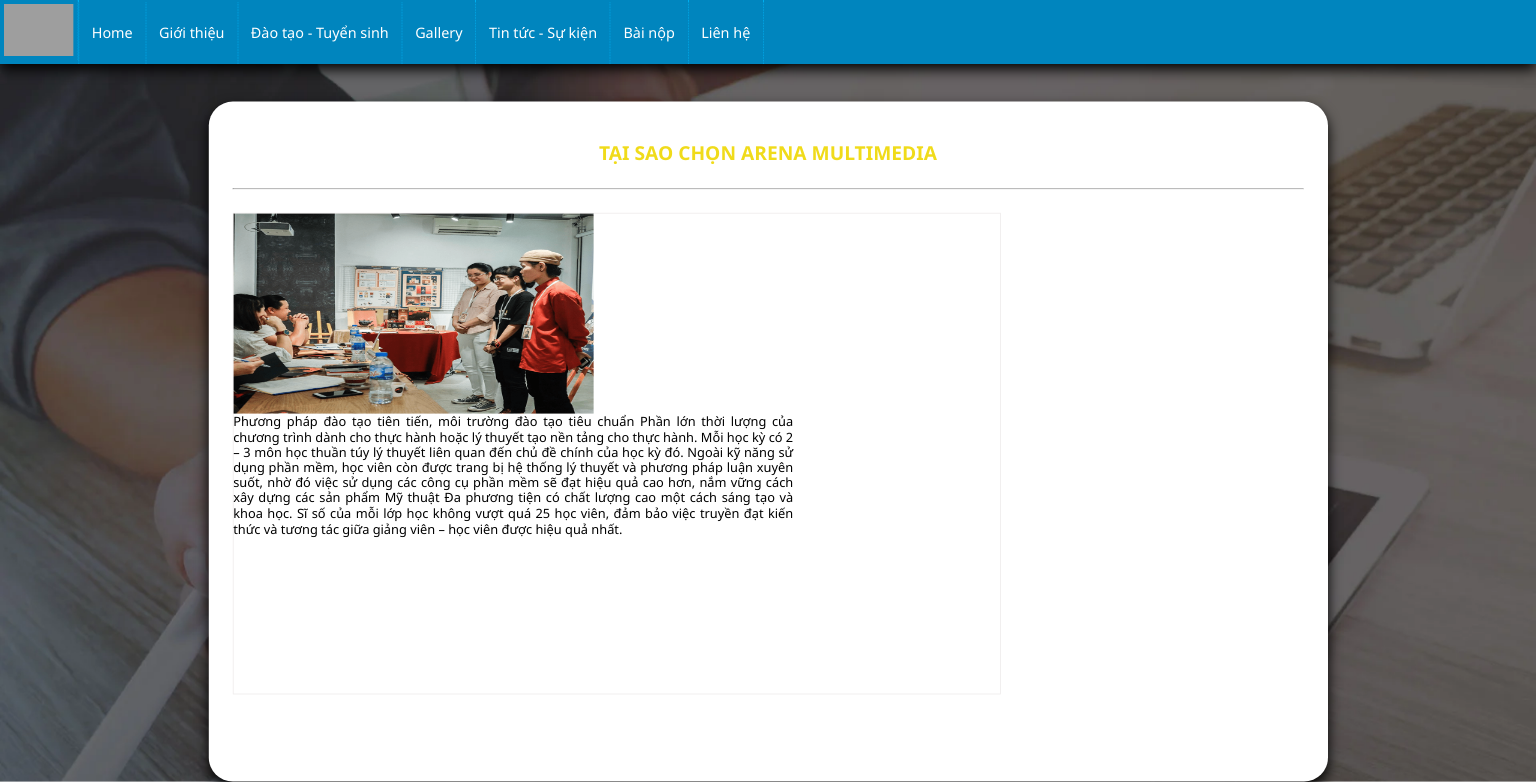
Repository: arena-dttan/dcw-final-exam-d2107m1
Page: final-list/DCW_Final_5_Nguyen-Thi-Thu-Huong_D2107M1/gioi-thieu.html
The author's editor kept a copy of each file at every save. The page is drawn from the files as they stood at one save, then again after the next save.
The browser window is 1280 px wide. The page is 1920 px wide, so the pictures cover 1920 px, including what lies to the right of the window. The pictures show the whole page, at 80% of full size.
Pictures or frames that could not be fetched are drawn as grey boxes.

Above is the page before, as saved 2022-06-26 15:16:20.

### final-list/DCW_Final_5_Nguyen-Thi-Thu-Huong_D2107M1/gioi-thieu.html
<!DOCTYPE html>
<html>
<head>
    <meta charset="UTF-8">
    <link rel="stylesheet" href="index.css">
    <link rel="icon" href="./images/favicon.ico" />

</head>
<head>
    <!-- Các meta (siêu dữ liệu) -->
    <meta http-equiv="Content-Type" content="text/html; charset=utf-8" />

    <!-- Tiêu đề hiển thị trên thanh địa chỉ trình duyệt -->
    <title>Arena Mutimedia</title>

    <!-- icon trên thanh địa chỉ trình duyệt -->
    <link rel="icon" href="./images/favicon.ico" />

    <!-- Sử dụng font google -->
    <link rel="preconnect" href="https://fonts.googleapis.com">
    <link rel="preconnect" href="https://fonts.gstatic.com" crossorigin>
    <link href="https://fonts.googleapis.com/css2?family=Roboto:wght@100&display=swap" rel="stylesheet">

    <!-- external css -->
    <link rel="stylesheet" href="./css/style.css">
    <link rel="stylesheet" href="./css/menu.css">
    <link rel="stylesheet" href="./index.css">
</head>
<body id="container">
    <div id="main-menu">
        <ul class="menu">
            <li ><img style="height: 65px; margin: 5px;;" src="images/logo.webp" alt="logo"> </li>
            <li class="home">
            <a href="./index.html"> Home</a>
            </li>
            <li>
            <a href="./gioi-thieu.html"> Giới thiệu</a>
            </li>
            <li class="dropdown">
            <a class="dropdown-btn"> Đào tạo - Tuyển sinh</a>
            <div class="dropdown-content">
                <a href="./chuong-trinh-dao-tao.html">Đào tạo</a>
                <a href="./tuyen-sinh.html">Tuyển sinh</a>
            </div>
            <li>
                <a href="./gallery.html"> Gallery</a>
            </li>
            <li>
                <a href="./tin-tuc.html"> Tin tức - Sự kiện</a>
            </li>
            <li>
                <a href="./final-exam-list.html">Bài nộp</a>
            </li>

            <li>
                <a href="#">Liên hệ</a>
            </li>
            </li>
        </ul>
        <!-- id main content -->
         <div id="main-content">
            <div id="box-container">
                <div class="content">
                    <h2 style="color:rgb(240, 219, 26);">TẠI SAO CHỌN ARENA MULTIMEDIA</h2>
                    <br>
                    <hr>
                    <br>
                    <div class="img-test">
                        <img src="./images/gioi-thieu-1.png" alt="gioi-thieu-1">
                        <P>
                        Phương pháp đào tạo tiên tiến, môi trường đào tạo tiêu chuẩn
                        Phần lớn thời lượng của chương trình dành cho thực hành hoặc lý thuyết
                        tạo nền tảng cho thực hành. Mỗi học kỳ có 2 – 3 môn học thuần túy lý thuyết
                        liên quan đến chủ đề chính của học kỳ đó. Ngoài kỹ năng sử dụng phần
                        mềm, học viên còn được trang bị hệ thống lý thuyết và phương pháp luận
                        xuyên suốt, nhờ đó việc sử dụng các công cụ phần mềm sẽ đạt hiệu quả cao
                        hơn, nắm vững cách xây dựng các sản phẩm Mỹ thuật Đa phương tiện có
                        chất lượng cao một cách sáng tạo và khoa học.
                        Sĩ số của mỗi lớp học không vượt quá 25 học viên, đảm bảo việc truyền đạt
                        kiến thức và tương tác giữa giảng viên – học viên được hiệu quả nhất.</P></div>
                </div>
            </div>

        </div>
    </div>
</body>
</html>

### final-list/DCW_Final_5_Nguyen-Thi-Thu-Huong_D2107M1/index.css
/* Sử dụng cho định dạng main menu */
body, html {
    height: 100%;
    width: 1920px;
    background-image: url('images/head-bg.webp'); width: 1920px; height: 100%; background-repeat: no-repeat;
    font-family: 'Segoe UI';
}
* {
    margin: 0;
    padding: 0;
    box-sizing: border-box;
}
body {
    position: absolute;
}
#container {
    width: 1920px;
    height: 100%;
    justify-content: center;
    display: inline-block;
    margin: 0;
    padding: 0;
    display: inline-block;
}
#main-menu {
    max-width: 1920px;
    height: 100px;
    margin: 0;
    padding: 0;
}
.menu {
    height: 80px;
    line-height: 80px;
    text-align: center;
    justify-content: center;
    display: inline-block;
}
ul {
    list-style-type: none;
    overflow: hidden;
    background-color: #0085be;
    width: 100%;
    box-shadow: 0 8px 16px 0 rgba(0, 0, 0, 2);
    display: inline-block;
}
.home {
    border-left: 0.01em dotted #00aeef;
}
li {
    float: left;
    border-right: 0.01em dotted #00aeef;
    font-size: 18px;
}

li.dropdown {
    display: inline-block;
    min-width: 100px;
}

li a:hover,
.dropdown:hover {
    background: #00aeef;
}

li a,
.dropdown-btn {
    display: inline-block;
    color: white;
    text-align: center;
    padding: 0 16px;
    text-decoration: none;
}
.dropdown-content {
    display: none;
    position: absolute;
    background: #F8C800;
    background: #0085be;
    min-width: 200px;
    border-bottom: 0.01em dotted #00aeef;
    box-shadow: 0 8px 16px 0 rgba(0, 0, 0, 2);
    z-index: 1;
    top: 80px;
    transition: all .3s ease-in-out;
}
.dropdown-content a {
    color: white;
    padding: 10px 16px;
    text-decoration: none;
    display: block;
    text-align: center;
    line-height: 2;
}
.dropdown-content a:hover {
    background: #00aeef;
}
.dropdown:hover .dropdown-content {
    display: block;
}

.text {
    margin-left: 40px;
    padding-top: 150px;
}
.button {

    font-size: 18px;
    width: 150px;
    height: 50px;
    background: #F8C800;
    border-radius: 40px;
    color: white;
    margin-top: 10px;
    margin-left: 70px;
}
#main-content {
    width: 1920px;
    height: 100%;
    margin: 0;
    padding: 0;
    display: inline-block;
    align-items: center;
    justify-content: center;

}
#box-container {
    background-color: rgb(255, 255, 255);
    box-shadow: 0 8px 16px 0 rgba(0, 0, 0, 2);
    margin-top: 43px;
    background-color: rgb(255, 255, 255);
    box-shadow: 0 8px 16px 0 rgb(0 0 0);
    width: 1399px;
    height: 850px;
    border-radius: 55px;
    margin-left: auto;
    margin-right: auto;
    border-radius: 30px;

}
.content {
    margin: 30px;
    padding-top: 50px;
}
h2 {
    text-align: center;
}
.img-test {
    float: left;
    display: inline-block;
    width: 960px;
    border: 1px solid rgb(238, 235, 235);
}
p {
    width: 700px;
    height: 350px;
    text-align: justify;
}

### final-list/DCW_Final_5_Nguyen-Thi-Thu-Huong_D2107M1/css/style.css
html {
    box-sizing: border-box;
    width: 100%;
    height: 100%;
}

body {
    width: 100%;
    height: 100%;
    background: url("../images/head-bg.webp");
    font-size: 16px;
    font-family: 'Segoe UI', Tahoma, Geneva, Verdana, sans-serif;
    line-height: 1.2;
}

* {
    margin: 0;
    padding: 0;
}

*,
*:before,
*:after {
    box-sizing: border-box;
}

input,
textarea,
select,
button {
    outline: none;
}

input {
    line-height: normal;
}

label,
button {
    cursor: pointer;
}

a {
    text-decoration: none;
}

img {
    display: block;
    max-width: 100%;
}

#container {
    width: 100%;
    height: 100%;
    text-align: center;
}

#logo {
    float: left;
}

#logo img {
    width: 130px;
    padding: 10px;
}

#header {
    background: #0085be;
    box-shadow: 0 8px 16px 0 rgba(0, 0, 0, 2);
}

#banner img {
    height: 500px;
    width: 100%;
}

#content-index {
    margin: 100px 10px 10px 50px;
}

.btn {
    width: 150px;
    height: 40px;
    line-height: 40px;
    background: #F8C800;
    display: block;
    text-align: center;
    text-transform: uppercase;
    font-weight: bold;
    border-radius: 2em;
    -webkit-border-radius: 2em;
    -moz-border-radius: 2em;
    -ms-border-radius: 2em;
    -o-border-radius: 2em;
    margin: 20px 50px;
}

.btn a {
    color: white;
}

#main-content {
    background: none;
    min-height: 400px;
    margin: 40px;
}

#main-page {
    background: white;
    color: black;
    border: 1px solid blue;
    border-radius: 3em;
    width: 80%;
    min-height: 400px;
    padding: 20px;
    display: inline-block;
    box-sizing: border-box;
    margin-bottom: 40px;
}

.content img {
    width: 450px;
    height: 250px;
}

.text-uppercase {
    text-transform: uppercase;
}

.main-title {
    color: #F8C800;
    font-size: 30px;
    font-weight: 700 !important;
    margin: 30px 0;
}

.normal-list {
    list-style-type: disc;
    margin: 10px;
    padding: 10px;
    overflow: visible;
    background: none;
}

.normal-list li {
    clear: both;
}

h4 {
    text-align: left;
    font-size: 20px;
}

h3 {
    padding-bottom: 20px;
}

hr {
    margin: 10px 0;
}

p {
    text-align: justify;
}

### final-list/DCW_Final_5_Nguyen-Thi-Thu-Huong_D2107M1/css/menu.css
/* Sử dụng cho định dạng main menu */

.menu {
    height: 80px;
    line-height: 80px;
}

.home {
    border-left: 0.01em dotted #00aeef;
}

ul {
    list-style-type: none;
    margin: 0;
    padding: 0;
    overflow: hidden;
    /* background: #F8C800; */
    background: #0085be;
    /* box-shadow: 0 8px 16px 0 rgba(0, 0, 0, 2); */
}

li {
    float: left;
    border-right: 0.01em dotted #00aeef;
    font-size: 18px;
}

li.dropdown {
    display: inline-block;
    min-width: 100px;
}

li a:hover,
.dropdown:hover {
    background: #00aeef;
}

li a,
.dropdown-btn {
    display: inline-block;
    color: white;
    text-align: center;
    padding: 0 16px;
    text-decoration: none;
}

.dropdown-content {
    display: none;
    position: absolute;
    /*background: #F8C800;
    */
    background: #0085be;
    min-width: 200px;
    border-bottom: 0.01em dotted #00aeef;
    box-shadow: 0 8px 16px 0 rgba(0, 0, 0, 2);
    z-index: 1;
    top: 80px;
    transition: all .3s ease-in-out;
}

.dropdown-content a {
    color: white;
    padding: 10px 16px;
    text-decoration: none;
    display: block;
    text-align: center;
    line-height: 2;
}

.dropdown-content a:hover {
    background: #00aeef;
}

.dropdown:hover .dropdown-content {
    display: block;
}

After the next save:
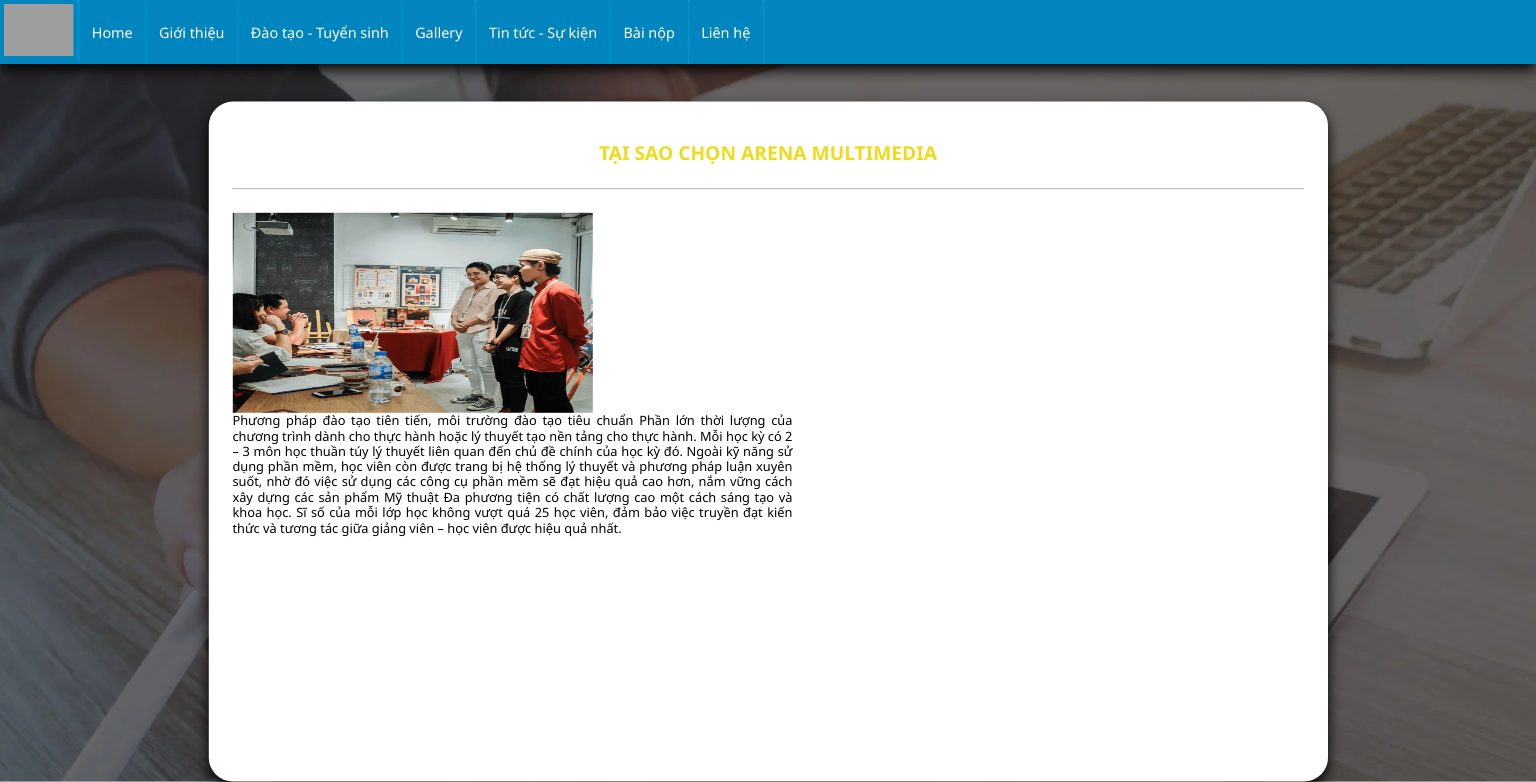
Saved 23 s later.
--- a/final-list/DCW_Final_5_Nguyen-Thi-Thu-Huong_D2107M1/index.css
+++ b/final-list/DCW_Final_5_Nguyen-Thi-Thu-Huong_D2107M1/index.css
@@ -146,8 +146,6 @@
 .img-test {
     float: left;
     display: inline-block;
-    width: 960px;
-    border: 1px solid rgb(238, 235, 235);
 }
 p {
     width: 700px;
